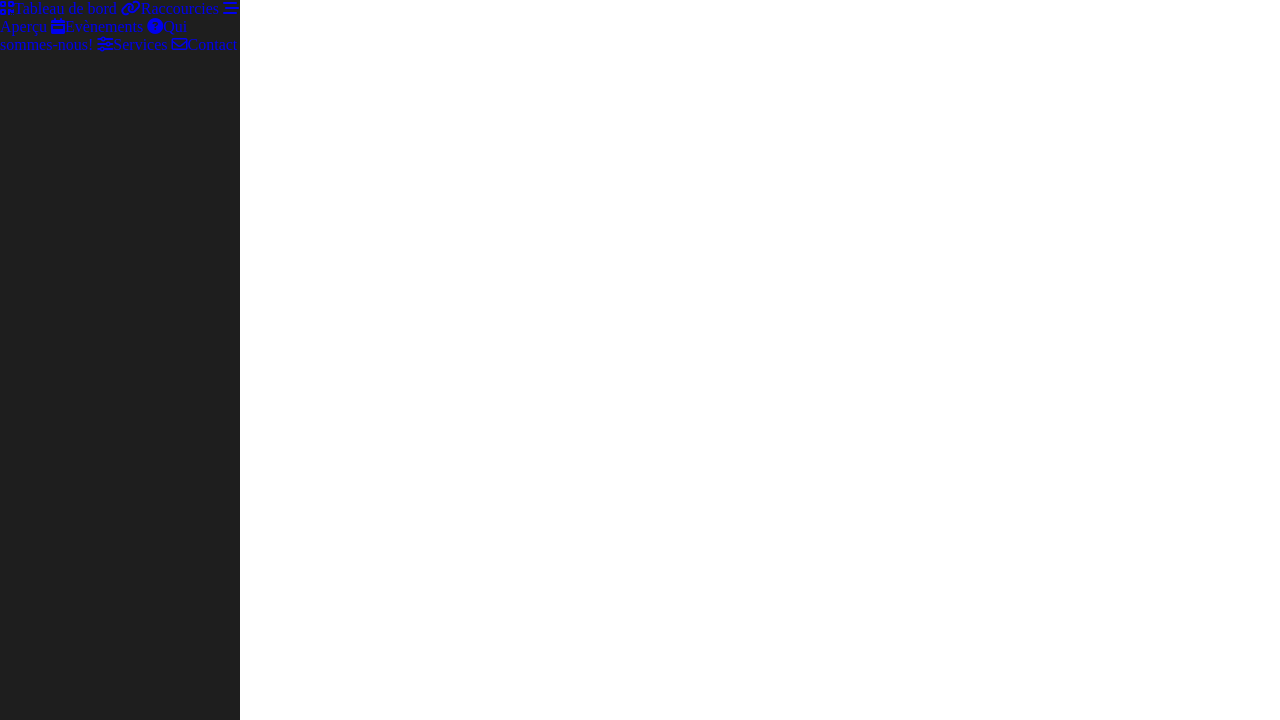
Repository: Alex-Serky/Dossier-Nav
Page: Nav-Responsive/index.html
These files come from the project's save history. The page is drawn as it stood at one moment and after the next save; the edit follows.
The browser window is 1280 px wide. The pictures show the whole page.
Some web fonts or font styles are not loaded; a fallback is used. Some web libraries are served in a nearby version.

Above is the page before, as saved 2020-02-21 15:54:25.

### Nav-Responsive/index.html
<!DOCTYPE html>
<html lang="en">

<head>
    <meta charset="UTF-8">
    <meta name="viewport" content="width=device-width, initial-scale=1.0">
    <link rel="stylesheet" href="style.css">
    <script src="https://kit.fontawesome.com/a076d05399.js"></script>
    <title>Responsive Sidebar Menu</title>
</head>

<body>
    <div class="sidebar">
        <a href="#"><i class="fas fa-qrcode"></i><span>Tableau de bord</span></a>
        <a href="#"><i class="fas fa-link"></i><span>Raccourcies</span></a>
        <a href="#"><i class="fas fa-stream"></i><span>Aperçu</span></a>
        <a href="#"><i class="fas fa-calendar-week"></i><span>Evènements</span></a>
        <a href="#"><i class="fas fa-question-circle"></i><span>Qui sommes-nous!</span></a>
        <a href="#"><i class="fas fa-sliders-h"></i><span>Services</span></a>
        <a href="#"><i class="far fa-envelope"></i><span>Contact</span></a>
    </div>
</body>

</html>

### Nav-Responsive/style.css
@import url('https: //fonts.googleapis.com/css?family=Montserrat:600|Roboto:400');

* {
    margin: 0;
    padding: 0;
    text-decoration: none;
}

.sidebar {
    position: fixed;
    width: 240px;
    height: 100%;
    background: #1e1e1e;
}

.sidebar header {
    color: white;
    font-size: 28px;
    line-height: 70px;
    text-align: center;
}

After the next save:
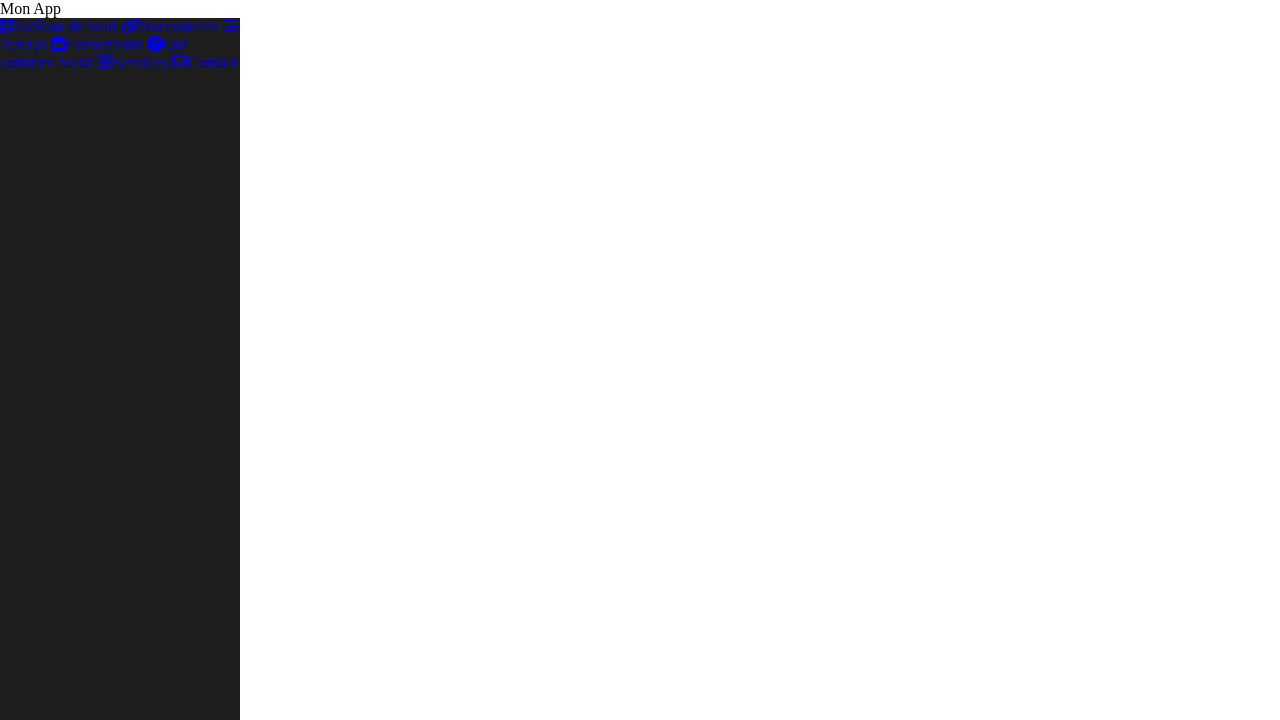
Saved 43 s later.
--- a/Nav-Responsive/index.html
+++ b/Nav-Responsive/index.html
@@ -10,6 +10,7 @@
 </head>
 
 <body>
+    <header>Mon App</header>
     <div class="sidebar">
         <a href="#"><i class="fas fa-qrcode"></i><span>Tableau de bord</span></a>
         <a href="#"><i class="fas fa-link"></i><span>Raccourcies</span></a>
